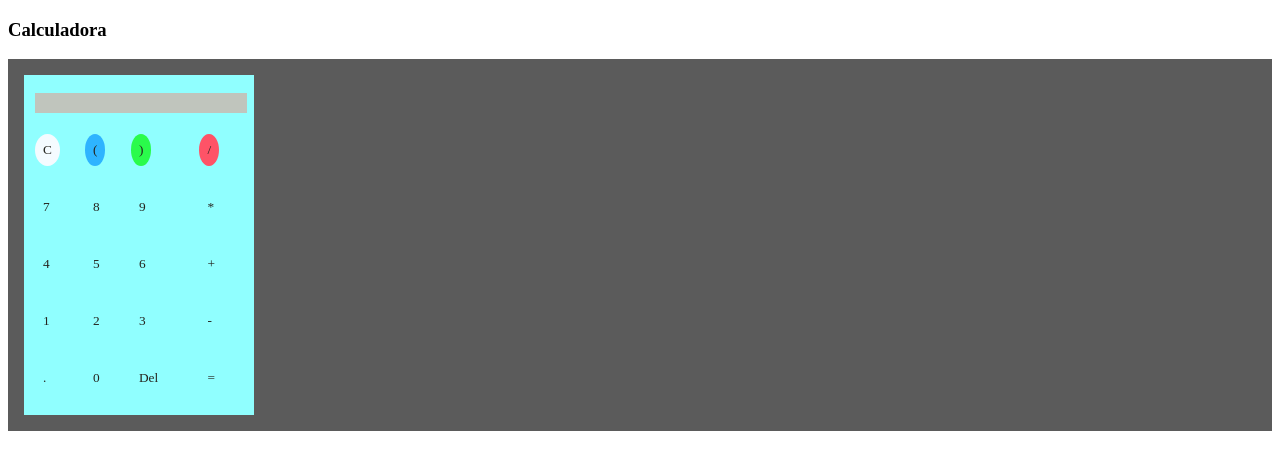
Repository: ServerK001/CalcJsVanilha
Page: index.html
These files come from the project's save history. The page is drawn as it stood at one moment and after a run of saves; the edit follows.
The browser window is 1280 px wide. The pictures show the whole page.
Some web fonts or font styles are not loaded; a fallback is used.

Above is the page before, as saved 2022-02-14 20:56:47.

### index.html
<!DOCTYPE html>
<html lang="pt-br">
<head>
    <meta charset="UTF-8">
    <meta http-equiv="X-UA-Compatible" content="IE=edge">
    <meta name="viewport" content="width=device-width, initial-scale=1.0">
    <script src="index.js" ></script>
    <link rel="stylesheet" href="style.css">
    <link href="//db.onlinewebfonts.com/c/bbfde24114f6f7cc0f421651e88bbca7?family=Unibody+8" rel="stylesheet" type="text/css"/>

    <title>Calculadora</title>
</head>
<body>

        <section class="conteiner">
            <h3>Calculadora</h3>
<div class="body">
            <table class="calculadora">
                <tr>
                    <td colspan="4"><input type="text" class="display"></td>
                </tr>

                <tr>
                    <td><button class="btn btn_1 btn-clear">C</button></td>
                    <td><button class="btn btn_2 btn-num">(</button></td>
                    <td><button class="btn btn_3 btn-num">)</button></td>
                    <td><button class="btn btn_4 btn-num">/</button></td>
                </tr>

                <tr>
                    <td><button class="btn btn-num">7</button></td>
                    <td><button class="btn btn-num">8</button></td>
                    <td><button class="btn btn-num">9</button></td>
                    <td><button class="btn btn-num">*</button></td>
                </tr>
                <tr>
                    <td><button class="btn btn-num">4</button></td>
                    <td><button class="btn btn-num">5</button></td>
                    <td><button class="btn btn-num">6</button></td>
                    <td><button class="btn btn-num">+</button></td>
                </tr>
                <tr>
                    <td><button class="btn btn-num">1</button></td>
                    <td><button class="btn btn-num">2</button></td>
                    <td><button class="btn btn-num">3</button></td>
                    <td><button class="btn btn-num">-</button></td>
                </tr>
                <tr>
                    <td><button class="btn btn-num">.</button></td>
                    <td><button class="btn btn-num">0</button></td>
                    <td><button class="btn btn-del">Del</button></td>
                    <td><button class="btn btn-num">=</button></td>
                </tr>

            </table>
     </div>

        </section>

</body>
</html>

### index.js
console.log('Olá mundo')

### style.css
:root{
    --btn: #25251f;
    --font-display:#435338;
    --displayBG:#c0c5bd;
    --bgCalc:#90FFFF;
    --bgConteiner:#5b5b5b;

    /*Bootuns Colors*/

    --btn_1:#F4FBFF;
    --btn_2:#2EB4FF;
    --btn_3:#2AFB4B;
    --btn_4:#FE5367;
    --btn_5:#FDEA44;
    --btn_6:#EA46ED;




}

.display{
    font-size: 1rem;
    width: 100%;
    text-align: right;
    font-family: "Unibody 8";
    color: var(--font-display);
    background-color: var(--displayBG);

        border: none;
}

.btn{
    font-family: "Unibody 8";
    color:var(--btn);
    background-color: var(--bgBtn);
    padding: 0.5rem ;
    border-radius: 50%;
    align-items: center;
    border: none;
    height: ;
}
.calculadora{
    background-color: var(--bgCalc);
    padding: 0.5rem;
    height: 340px;
    width: 230px;

}


.body{
    background-color: var(--bgConteiner);
    padding: 1rem;
}

.btn_1{background-color:var(--btn_1)}
.btn_2{background-color:var(--btn_2)}
.btn_3{background-color:var(--btn_3)}
.btn_4{background-color:var(--btn_4)}
.btn_5{background-color:var(--btn_5)}
.btn_6{background-color:var(--btn_6)}

After the next 4 saves:
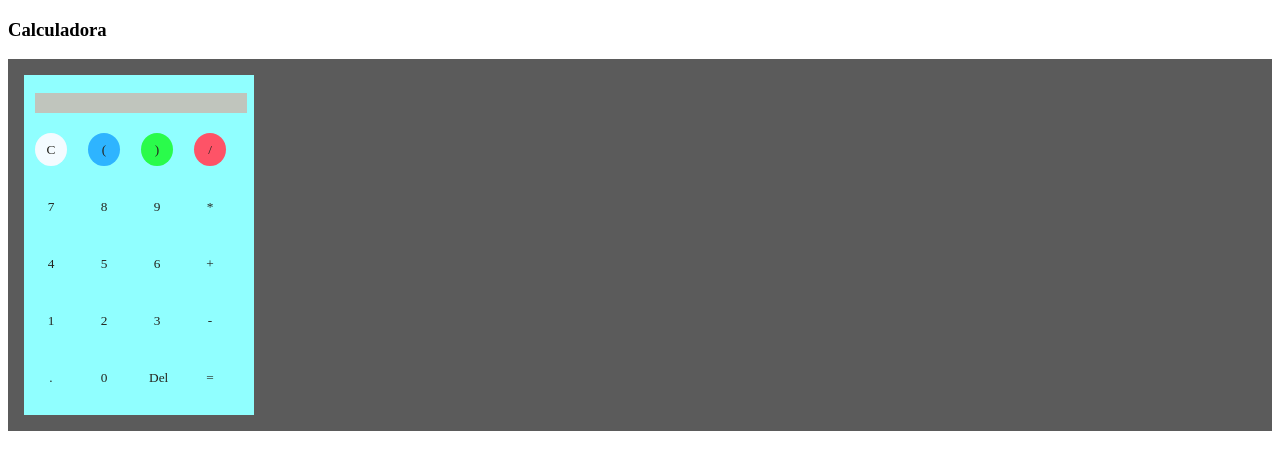
The 4 saves are shown as one change because they came seconds apart.
The last was saved 20 s later.
--- a/style.css
+++ b/style.css
@@ -38,7 +38,8 @@
     border-radius: 50%;
     align-items: center;
     border: none;
-    height: ;
+    height: 33px;
+    width: 32px;
 }
 .calculadora{
     background-color: var(--bgCalc);
